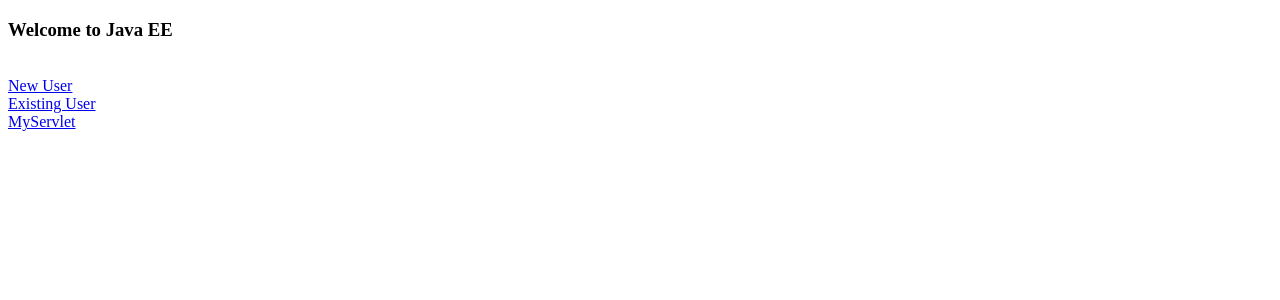
Repository: Lokeswari19/JavaExamples
Page: Session12/WebContent/Index.html
An editor plug-in stored every save of this project. The page is shown before and after the next save, followed by the edit.
The browser window is 1280 px wide. The pictures show the whole page.

Above is the page before, as saved 2018-02-21 12:32:41.

After the next save:
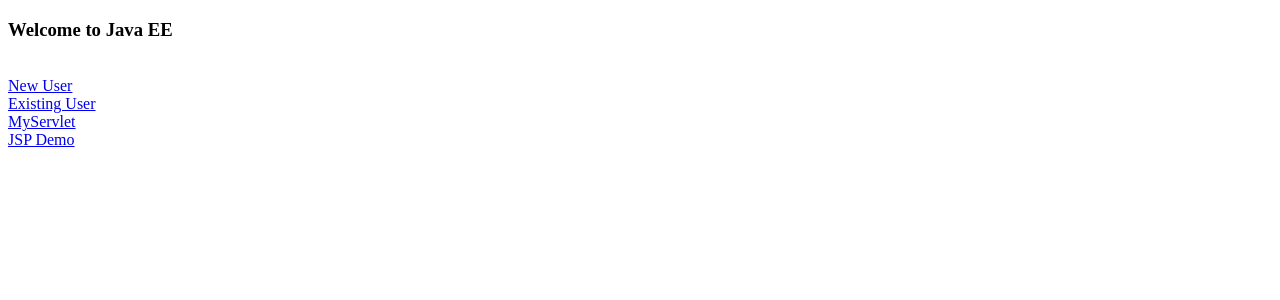
Saved 62 s later.
--- a/Session12/WebContent/Index.html
+++ b/Session12/WebContent/Index.html
@@ -12,5 +12,8 @@
 	<a href="Login.html">Existing User</a>
 	<br>
 	<a href= "Fun">MyServlet</a>
+
+	<br/>
+	<a href=MyJSP.jsp">JSP Demo</a>
 	</body>
 </html>
